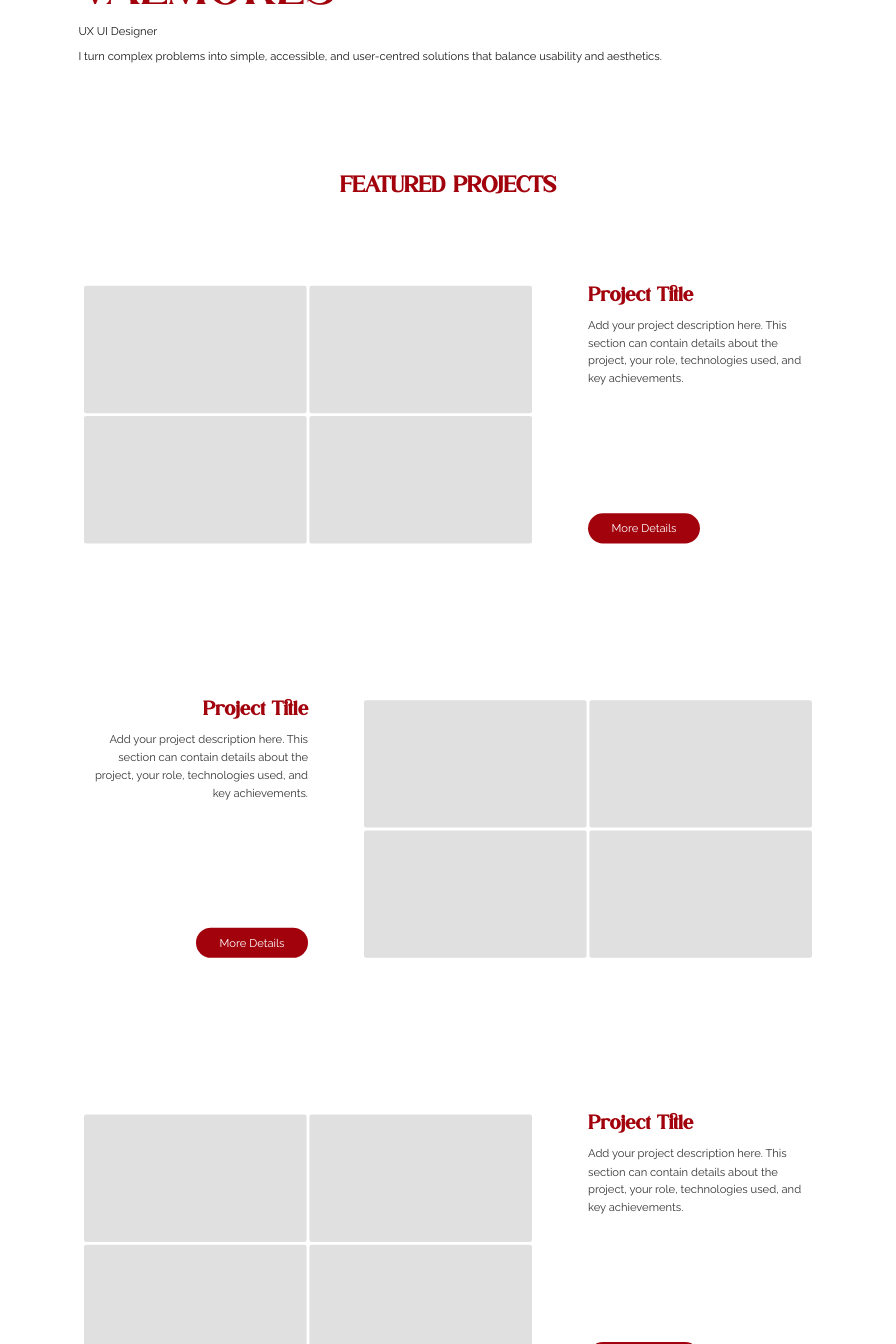
Repository: Micaelavalmores/Micaela-Portfolio
Page: /
The author's editor kept a copy of each file at every save. The page is drawn from the files as they stood at one save, then again after the next save.
The browser window is 1280 px wide. The pictures show the part of the page from y = 345 to 2265 px (the page is 3122 px tall before and 3218 px after), at 70% of full size.
The project was rebuilt for these pictures with package versions that can differ from the ones it lists, and the page was loaded fresh each time. The framework's server and built-in components were replaced by stand-ins that run in the browser. Also part of the build but not shown: next.config.mjs.

Above is the page before, as saved 2026-01-27 13:05:23.

### app/layout.js

import { Geist } from "next/font/google";
import { Raleway } from "next/font/google";
import "./globals.css";

const geistSans = Geist({
  variable: "--font-geist-sans",
  subsets: ["latin"],
});

const raleway = Raleway({
  variable: "--font-raleway",
  subsets: ["latin"],
});



export const metadata = {
  title: "Micaela Valmores",
  description: "Generated by create next app",
  icons: {
    icon: "/logos/micaela-logo.svg",
  },
};

export default function RootLayout({ children }) {
  return (
    <html lang="en">
      <body className={`${raleway.variable}`}>
        {children}
      </body>
    </html>
  );
}

### app/page.js
import Image from "next/image";
import styles from "./page.module.css";
import HomePage from "./home-page/page";

export default function Home() {
  return (
    <div className={styles.page}>
      <HomePage />
    </div>
  );
}

### app/globals.css
:root {
  --background: #ffffff;
  --foreground: #171717;
  --font-ghaista: 'Ghaista', var(--font-raleway);
}

@font-face {
  font-family: 'Ghaista';
  src: url('/fonts/Ghaitsa.ttf') format('truetype');
  font-weight: 400;
  font-style: normal;
  font-display: swap;
}

@media (prefers-color-scheme: dark) {
  :root {
    --background: #0a0a0a;
    --foreground: #ffffff;
  }
}

html,
body {
  max-width: 100vw;
  overflow-x: hidden;
}

body {
  color: var(--foreground);
  background: var(--background);
  font-family: var(--font-raleway);
  -webkit-font-smoothing: antialiased;
  -moz-osx-font-smoothing: grayscale;
}

* {
  box-sizing: border-box;
  padding: 0;
  margin: 0;
}

a {
  color: inherit;
  text-decoration: none;
}

@media (prefers-color-scheme: dark) {
  html {
    color-scheme: dark;
  }
}

/* Horizontal page margins */
body {
  margin-left: 10rem;
  margin-right: 10rem;
}

/* Tablet: screens between iPhone and iPad */
@media (min-width: 430px) and (max-width: 1024px) {
  body {
    margin-left: 4rem;
    margin-right: 4rem;
  }
}

/* iPad Pro 13in — reduce margins to 7rem */
@media (min-width: 1024px) and (max-width: 1366px) {
  body {
    margin-left: 7rem;
    margin-right: 7rem;
  }
}

/* Mobile horizontal margins: any width smaller than 430px */
@media (max-width: 430px) {
  body {
    margin-left: 3rem;
    margin-right: 3rem;
  }
}

### app/page.module.css
.page {
  --background: #ffffff;
  --foreground: #fff;

  --text-primary: #000;
  --text-secondary: #666;



  display: grid;
  grid-template-columns: 1fr;
  min-height: 100vh;
  font-family: var(--font-geist-sans);
  background-color: var(--background);
}

.Proj-sec {
  display: flex;
  flex-direction: column;
  align-items: center;
  gap: 2rem;
  padding: 2rem 0;
  background-color: #ffff;
  margin: 6rem 0;
  font-family: ghaista;
  color: #A2020C;
}

.intro-sec {
  display: flex;
  flex-direction: column;
  align-items: start;
  gap: 1rem;
  padding: 2rem 0;
  background-color: #ffff;
  /* border-bottom: solid 1px #A2020C; */
}

.intro-sec h1 {
  font-size: 4.5rem;
  font-weight: 500;
  margin: 0;
  font-family: ghaista;
  color: #A2020C;
}

.main {
  display: flex;
  min-height: 100vh;
  width: 100%;
  max-width: 800px;
  flex-direction: column;
  align-items: flex-start;
  justify-content: space-between;
  background-color: var(--foreground);
  padding: 120px 60px;
}

.intro {
  display: flex;
  flex-direction: column;
  align-items: flex-start;
  text-align: left;
  gap: 24px;
}

.intro h1 {
  max-width: 320px;
  font-size: 40px;
  font-weight: 600;
  line-height: 48px;
  letter-spacing: -2.4px;
  text-wrap: balance;
  color: var(--text-primary);
}

.intro p {
  max-width: 440px;
  font-size: 18px;
  line-height: 32px;
  text-wrap: balance;
  color: var(--text-secondary);
}

.intro a {
  font-weight: 500;
  color: var(--text-primary);
}

.ctas {
  display: flex;
  flex-direction: row;
  width: 100%;
  max-width: 440px;
  gap: 16px;
  font-size: 14px;
}

.ctas a {
  display: flex;
  justify-content: center;
  align-items: center;
  height: 40px;
  padding: 0 16px;
  border-radius: 128px;
  border: 1px solid transparent;
  transition: 0.2s;
  cursor: pointer;
  width: fit-content;
  font-weight: 500;
}

a.primary {
  background: var(--text-primary);
  color: var(--background);
  gap: 8px;
}

a.secondary {
  border-color: var(--button-secondary-border);
}

/* Enable hover only on non-touch devices */
@media (hover: hover) and (pointer: fine) {
  a.primary:hover {
    background: var(--button-primary-hover);
    border-color: transparent;
  }

  a.secondary:hover {
    background: var(--button-secondary-hover);
    border-color: transparent;
  }
}

@media (max-width: 600px) {
  .main {
    padding: 48px 24px;
  }

  .intro {
    gap: 16px;
  }

  .intro h1 {
    font-size: 32px;
    line-height: 40px;
    letter-spacing: -1.92px;
  }
}

@media (prefers-color-scheme: dark) {
  .logo {
    filter: invert();
  }

  .page {
    --background: #000;
    --foreground: #000;

    --text-primary: #ededed;
    --text-secondary: #999;

    --button-primary-hover: #ccc;
    --button-secondary-hover: #1a1a1a;
    --button-secondary-border: #1a1a1a;
  }
}

### app/home-page/page.js
import Link from 'next/link'
import styles from '../page.module.css'
import FtProj from '../components/FtProj'
import Navbar from '../components/Navbar'

export default function HomePage() {
  return (
    <main className={styles.page}>
      <nav className='Nav-bar'>
        </nav>
      <Navbar />
      <div className={styles['intro-sec']}>
        <span>Hi, I am</span>
        <h1>MICAELA</h1>
        <h1>VALMORES</h1>
        <span>UX UI Designer</span>
        <p>I turn complex problems into simple, accessible, and user-centred solutions that balance usability and aesthetics.</p>
      </div>
      <div className={styles['Proj-sec']}>
        <h1>FEATURED PROJECTS</h1>
        <FtProj reversed={false}/>
        <FtProj reversed={true} />
        <FtProj reversed={false}/>
        <FtProj reversed={true} />
      </div>
    </main>
  )
}

### app/components/FtProj.js
'use client';

import styles from './FtProj.module.css';

/*
  HOW TO USE:
  The FtProj component has two layout states controlled by the reversed prop:
  1. Default (reversed={false}): Images on left, text on right (left-justified)
  2. Reversed (reversed={true}): Text on left (right-justified), images on right

  Layout changes can only be controlled in the backend by passing the reversed prop.
  Users cannot change the layout.

  Usage examples:
  <FtProj /> - Standard layout
  <FtProj reversed={true} /> - Reversed layout
*/

export default function FtProj({ reversed = false }) {
  return (
    <div className={`${styles.container} ${reversed ? styles.reversed : ''}`}>
      {/* Left Column - Text (if reversed) / Images (if standard) */}
      {!reversed ? (
        // Standard: Images on left
        <div className={styles.imagesColumn}>
          <div className={styles.imagePlaceholder}></div>
          <div className={styles.imagePlaceholder}></div>
          <div className={styles.imagePlaceholder}></div>
          <div className={styles.imagePlaceholder}></div>
        </div>
      ) : (
        // Reversed: Text on left
        <div className={styles.textColumn}>
          <div className={styles.textContent}>
            <h2>Project Title</h2>
            <p>Add your project description here. This section can contain details about the project, your role, technologies used, and key achievements.</p>
          </div>
          <button className={styles.projectButton}>More Details</button>
        </div>
      )}

      {/* Right Column - Text (if standard) / Images (if reversed) */}
      {!reversed ? (
        // Standard: Text on right
        <div className={styles.textColumn}>
          <div className={styles.textContent}>
            <h2>Project Title</h2>
            <p>Add your project description here. This section can contain details about the project, your role, technologies used, and key achievements.</p>
          </div>
          <button className={styles.projectButton}>More Details</button>
        </div>
      ) : (
        // Reversed: Images on right
        <div className={styles.imagesColumn}>
          <div className={styles.imagePlaceholder}></div>
          <div className={styles.imagePlaceholder}></div>
          <div className={styles.imagePlaceholder}></div>
          <div className={styles.imagePlaceholder}></div>
        </div>
      )}
    </div>
  );
}

### app/components/Navbar.js
import Link from "next/link";
import Image from "next/image";
import styles from "./Navbar.module.css";

export default function Navbar() {
  return (
    <nav className={styles.navbar}>
      <Link href="/" className={styles.logoContainer}>
        <Image
          src="/logos/logo-name.svg"
          alt="Micaela Valmores"
          width={220}
          height={80}
          priority
        />
      </Link>

      <ul className={styles.navLinks}>
        <li>
          <Link href="/">Home</Link>
        </li>
        <li>
          <Link href="/projects-page">Projects</Link>
        </li>
        <li>
          <Link href="/contact">Contact</Link>
        </li>
      </ul>
    </nav>
  );
}

### app/components/FtProj.module.css
.container {
  width: 65rem;
  height: 25rem;
  display: grid;
  grid-template-columns: 1fr 1fr;
  gap: 5rem;
  padding: 1rem 0;
  margin: 5rem 0;
}

.container.reversed {
  grid-template-columns: 1fr 1fr;
}

.reversed .textContent {
  text-align: right;
}

.reversed .textColumn {
  text-align: right;
}

.reversed .projectButton {
  justify-self: end;
}

.imagesColumn {
  display: grid;
  grid-template-columns: 1fr 1fr;
  gap: 0.2rem;
  width: 40rem;
}

.imagePlaceholder {
  width: 100%;
  height: 100%;
  background-color: #e0e0e0;
  border-radius: 0.2rem;
}

.textColumn {
  display: grid;
  grid-template-rows: 1fr auto;
  gap: 2rem;
}

.textContent {
  display: flex;
  flex-direction: column;
}

.textColumn h2 {
  margin: 0 0 1rem 0;
  font-size: 1.75rem;
  font-family: ghaista;
}

.textColumn p {
  margin: 0;
  line-height: 1.6;
  color: #333;
  font-size: 1rem;
  font-family: raleway;
}

.projectButton {
  align-self: start;
  width: 10rem;
  padding: 0.75rem 1.5rem;
  background-color: #A2020C;
  color: #fff;
  border: none;
  border-radius: 5rem;
  font-size: 1rem;
  cursor: pointer;
  font-family: raleway;
}

.projectButton:hover {
  background-color: #b62d36;
}

### app/components/Navbar.module.css
.navbar {
  display: flex;
  justify-content: space-between;
  width: 100%;
  align-items: center;
  padding: 2rem 2rem;
  background-color: #ffffff;
  position: sticky;
  top: 0;
  z-index: 1000;
}

.logoContainer {
  display: flex;
  justify-self: start;
}

.logoContainer:hover {
  opacity: 0.8;
}

.navLinks {
  display: flex;
  gap: 2rem;
  list-style: none;
  margin: 0;
  padding: 0;
  align-items: center;
}

.navLinks li {
  margin: 0;
}

.navLinks a {
  text-decoration: none;
  color: #A2020C;
  font-size: 1.25rem;
  font-weight: 500;
  transition: color 0.3s ease;
  position: relative;
  border: solid 1px #A2020C;
  border-radius: 3rem;
  padding: 0.50rem 1.75rem;
  font-family: ghaista;
}

.navLinks a:hover {
  color: #0070f3;
}



.navLinks a:hover::after {
  width: 100%;
}

/* Responsive design */
/* @media (max-width: 768px) {
  .navbar {
    padding: 1rem 1.5rem;
  }

  .navLinks {
    gap: 1.5rem;
  }

  .navLinks a {
    font-size: 0.9rem;
  }
} */

/* @media (max-width: 480px) {
  .navbar {
    padding: 0.75rem 1rem;
  }

  .navLinks {
    gap: 1rem;
  }

  .navLinks a {
    font-size: 0.85rem;
  }
} */

After the next save:
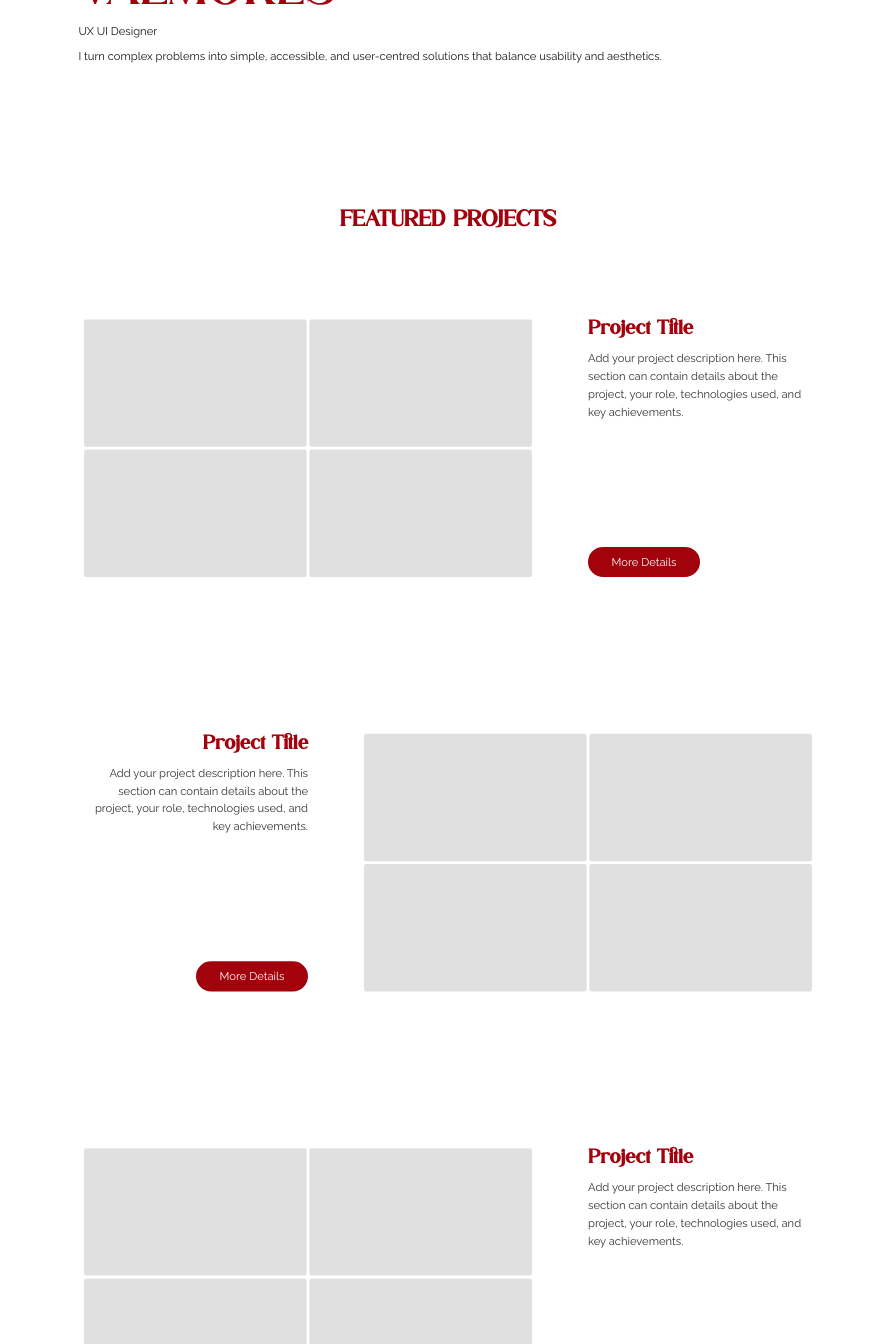
Saved 67 s later.
--- a/app/page.module.css
+++ b/app/page.module.css
@@ -21,7 +21,7 @@
   gap: 2rem;
   padding: 2rem 0;
   background-color: #ffff;
-  margin: 6rem 0;
+  margin: 9rem 0;
   font-family: ghaista;
   color: #A2020C;
 }

After the save that followed:
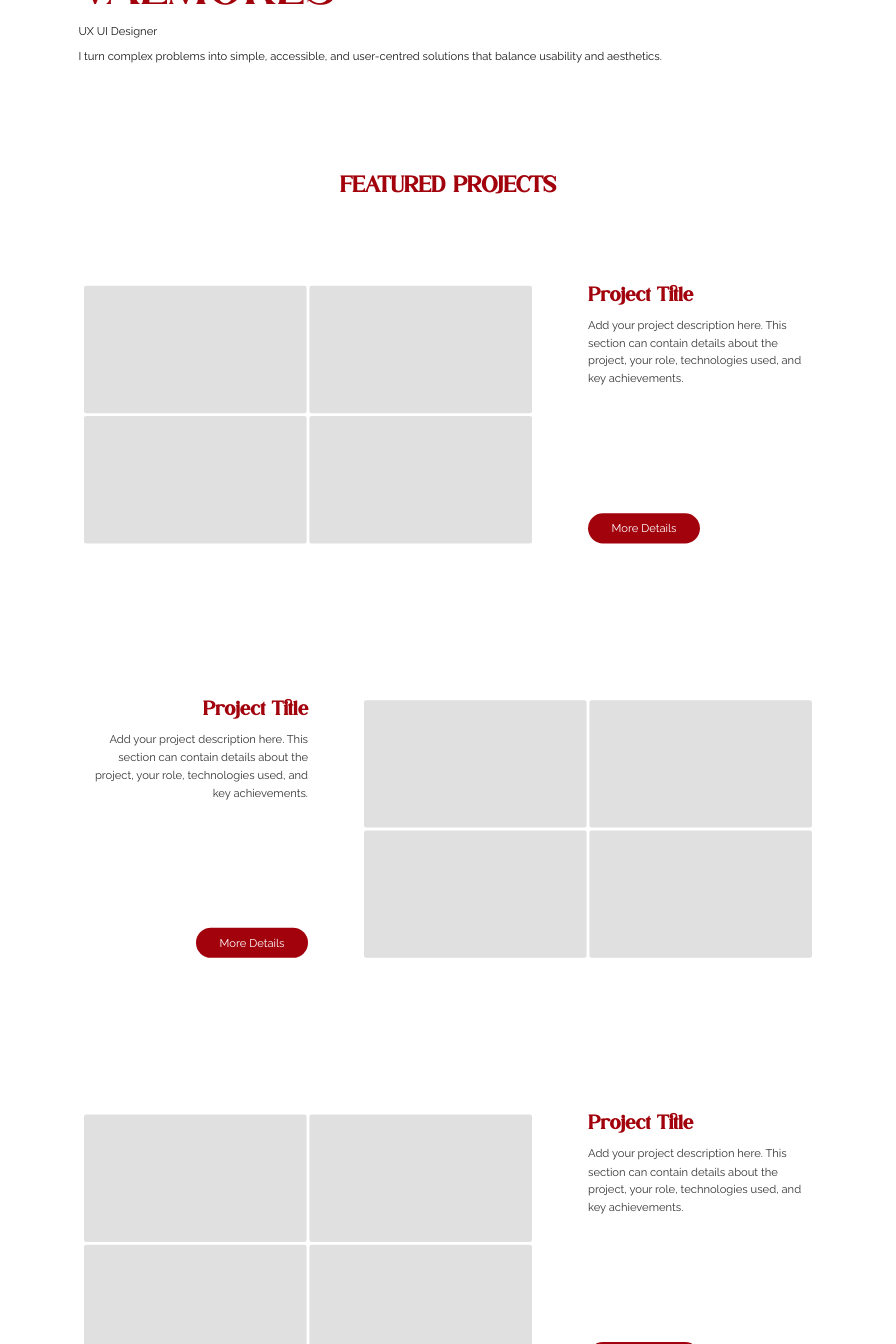
Saved 4 s later.
--- a/app/page.module.css
+++ b/app/page.module.css
@@ -21,7 +21,7 @@
   gap: 2rem;
   padding: 2rem 0;
   background-color: #ffff;
-  margin: 9rem 0;
+  margin: 6rem 0;
   font-family: ghaista;
   color: #A2020C;
 }
